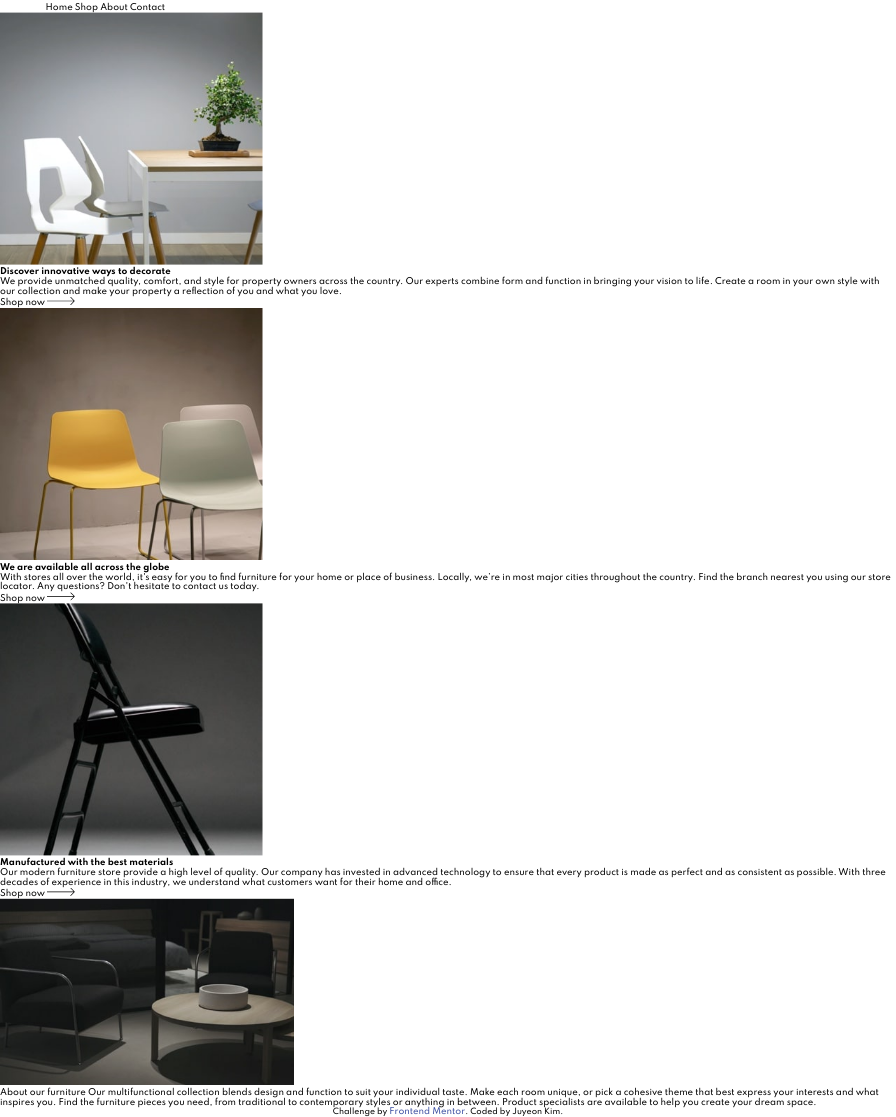
Repository: Jay-JYKim91/room-homepage-master
Page: index.html
The author's editor kept a copy of each file at every save. The page is drawn from the files as they stood at one save, then again after the next save.
The browser window is 1280 px wide. The pictures show the whole page, at 70% of full size.

Above is the page before, as saved 2021-07-11 21:50:10.

After the next save:
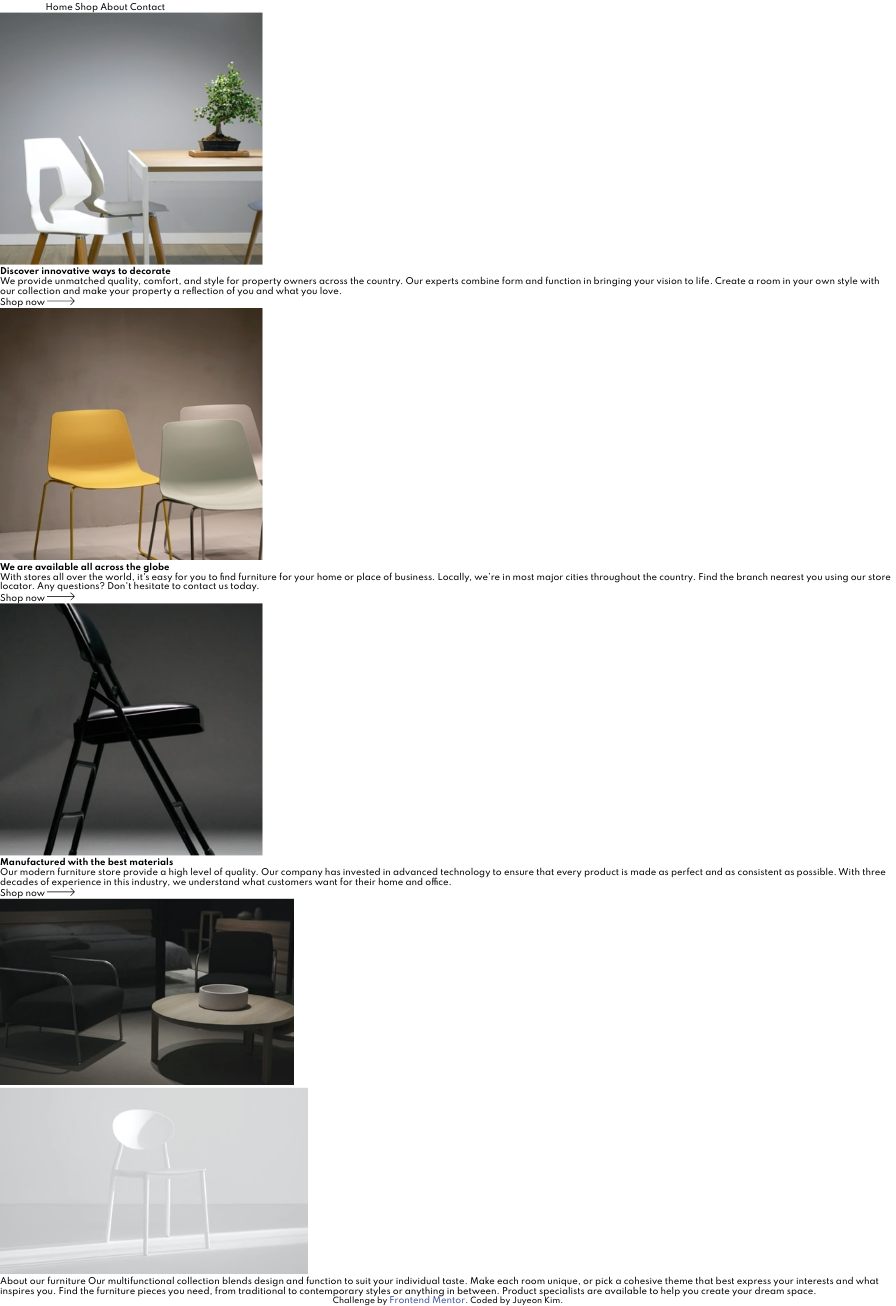
Saved 11 s later.
--- a/index.html
+++ b/index.html
@@ -75,6 +75,9 @@
       <div class="box-sm">
         <img src="./images/image-about-dark.jpg" alt="dark-image">
       </div>
+      <div class="box-sm">
+        <img src="./images/image-about-light.jpg" alt="light-image">
+      </div>
     </div>
 
 
